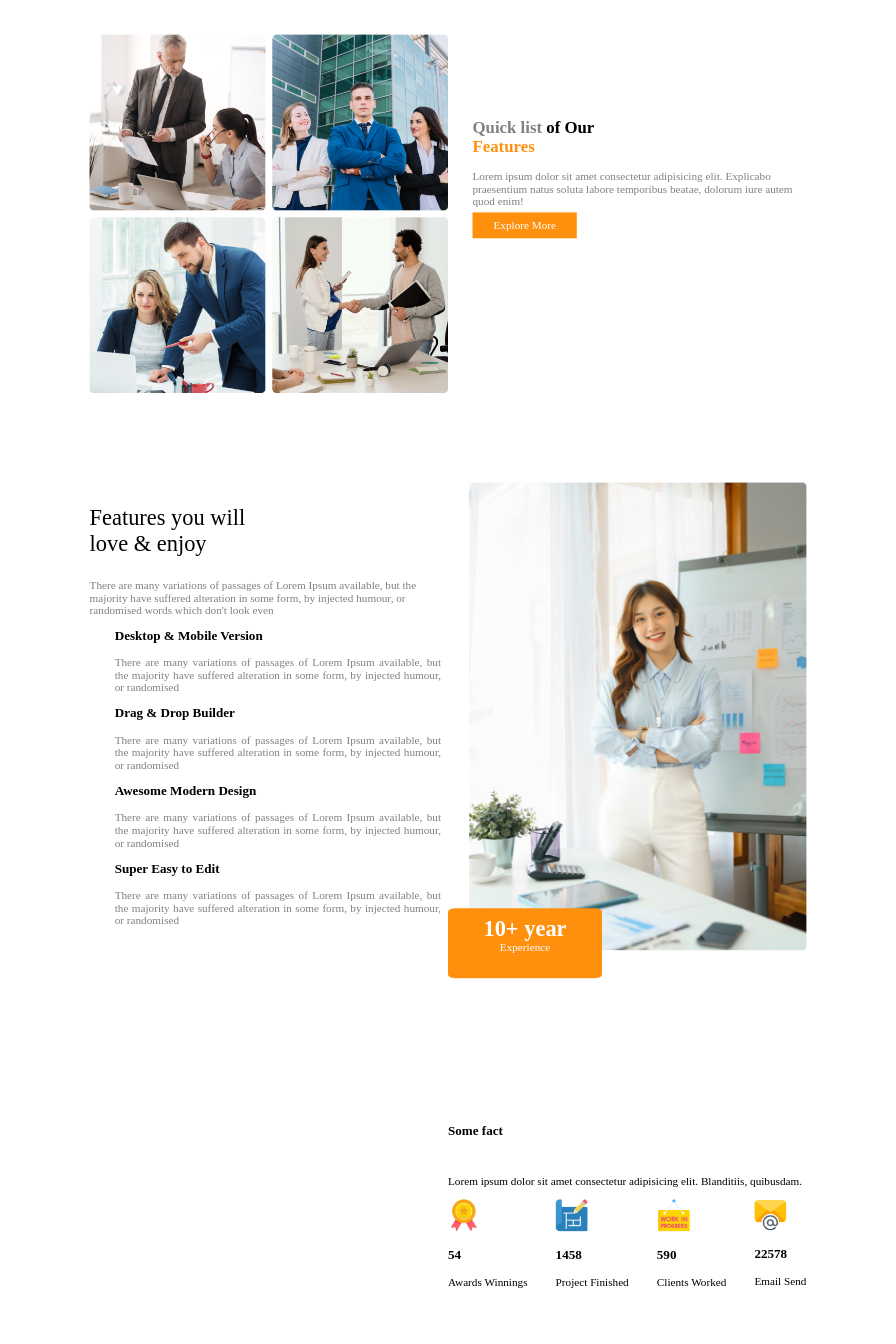
Repository: sadiaafsana138/Architect
Page: index.html
An editor plug-in stored every save of this project. The page is shown before and after the next save, followed by the edit.
The browser window is 1280 px wide. The pictures show the part of the page from y = 1029 to 2949 px (the page is 2949 px tall), at 70% of full size.

Above is the page before, as saved 2023-01-16 18:03:16.

After the next save:
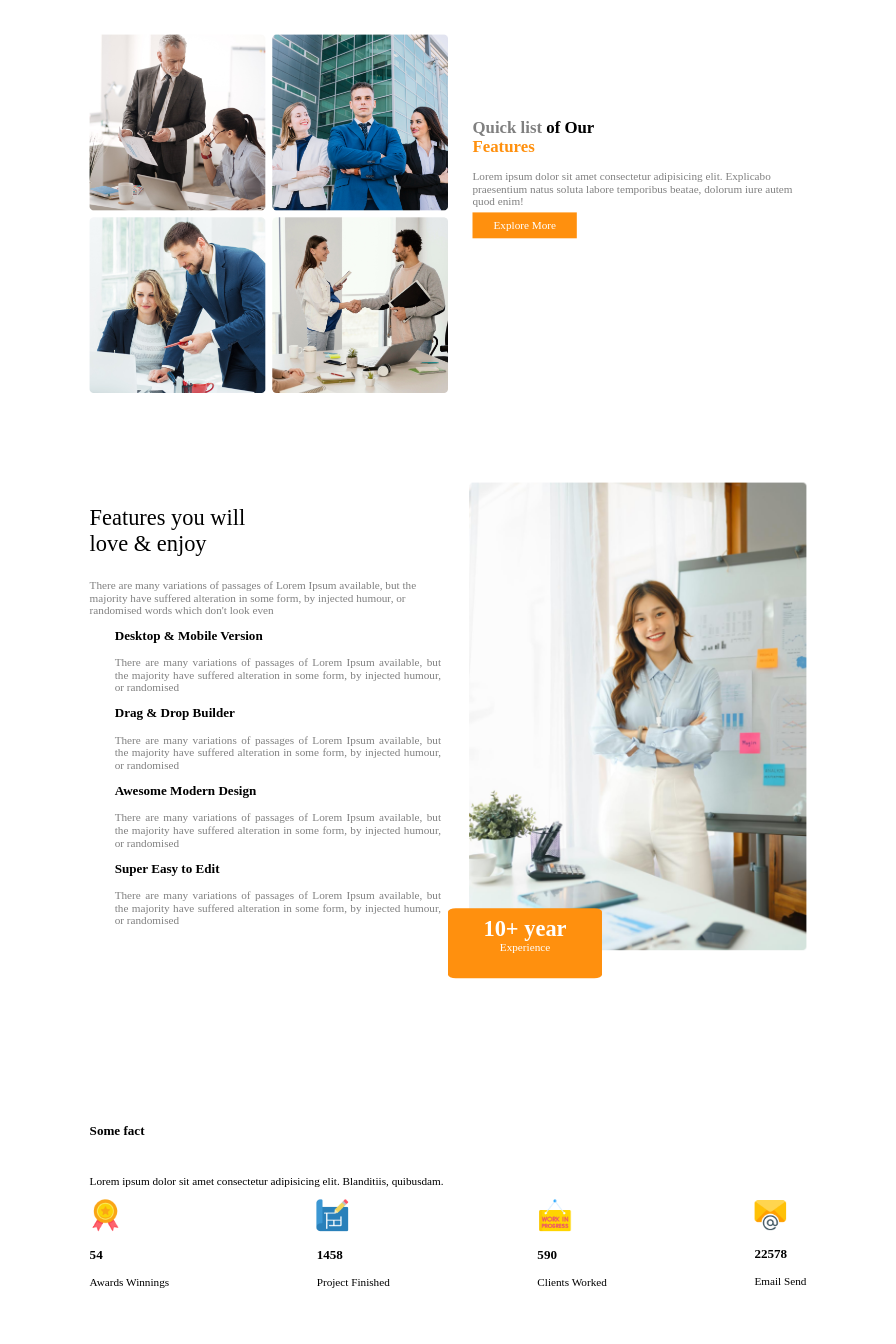
Saved 22 s later.
--- a/style.css
+++ b/style.css
@@ -214,7 +214,7 @@
 /*--section-4 Some Facts*/
 
 .section-4{
-  padding-left: 50%;
+  padding-left: 10%;
   padding-right: 10%;
   padding-top: 5%;
   padding-bottom: 5%;
